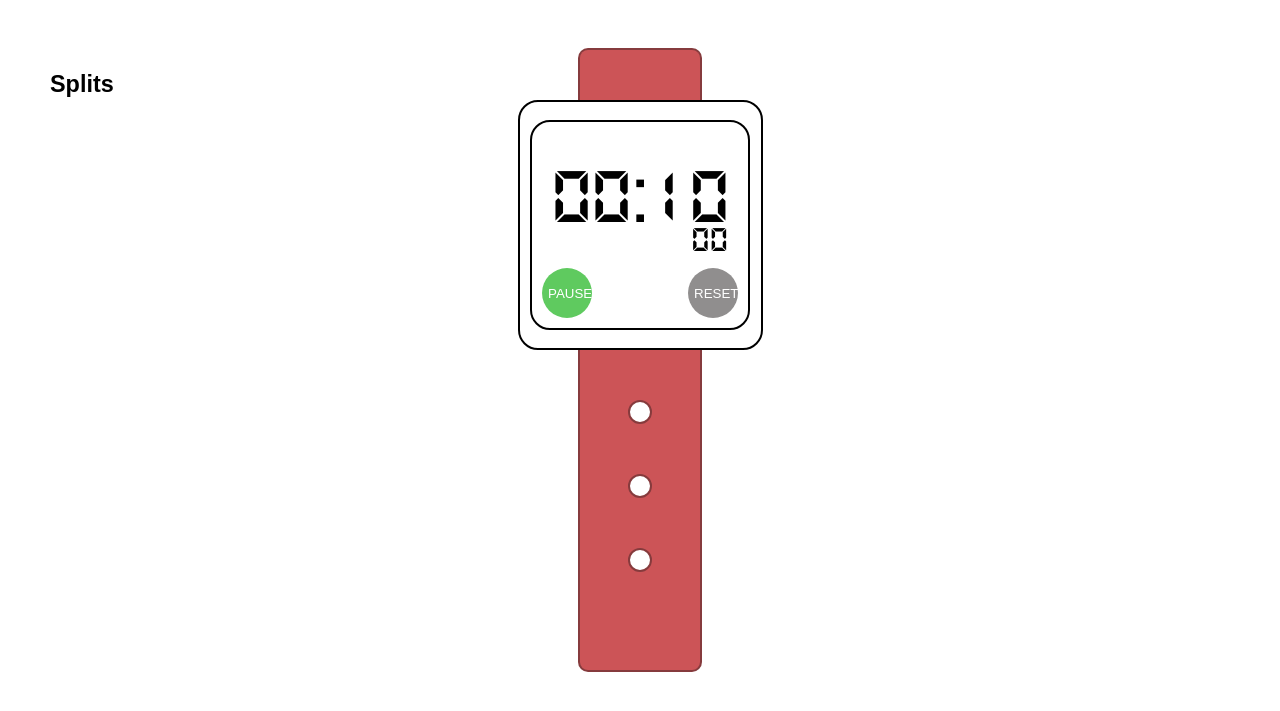
Repository: konstantin0s/lab-chronometer
Page: index.html
These files come from the project's save history. The page is drawn as it stood at one moment and after the next save; the edit follows.
The browser window is 1280 px wide. The pictures show the whole page.
After loading, the first visible `#btnLeft` was clicked once.

Above is the page before, as saved 2019-02-05 10:13:03.

After the next save:
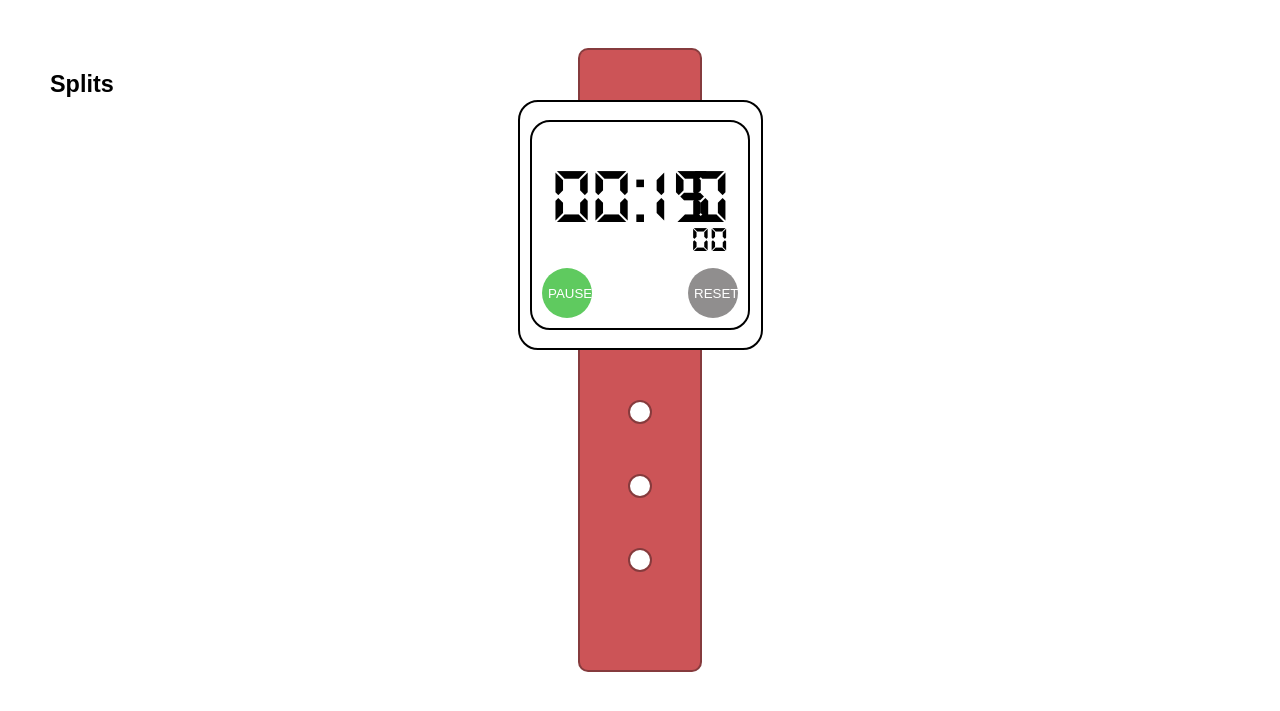
Saved 80 s later.
--- a/javascript/main.js
+++ b/javascript/main.js
@@ -88,7 +88,7 @@ var minutes = 0;
   if (intervalId == 0) { //start if pause
     intervalId = setInterval(function() {
       seconds++;
-      secDec.innerHTML = seconds;
+      secDec.innerText = seconds;
       if (seconds >= 60) {
           // clearInterval(intervalId);
         minutes++;
@@ -100,7 +100,7 @@ var minutes = 0;
       console.log(seconds);
       console.log(minutes);
       btnLeft.innerHTML = "PAUSE";
-    }, 1000);
+    }, 100);
   } else { //pause if started
       clearInterval(intervalId);
       btnLeft.innerHTML = "START";
